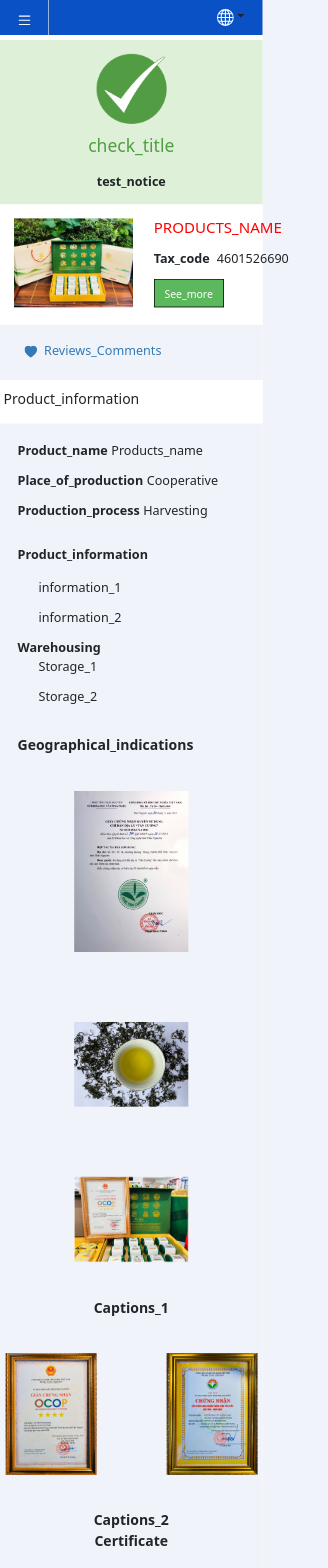
Repository: tuan842001/Tra-son-dung
Page: /
The author's editor kept a copy of each file at every save. The page is drawn from the files as they stood at one save, then again after the next save.
The browser window is 375 px wide. The page is 444 px wide, then 469 px, then 444 px, so the pictures cover 469 px, including what lies to the right of the window. The pictures show the part of the page from y = 0 to 2240 px (the page is 3155 px tall before and 3787 px after), at 70% of full size.
The project was rebuilt for these pictures with package versions that can differ from the ones it lists, and the page was loaded fresh each time.

Above is the page before, as saved 2021-10-10 14:07:54.

After the next save:
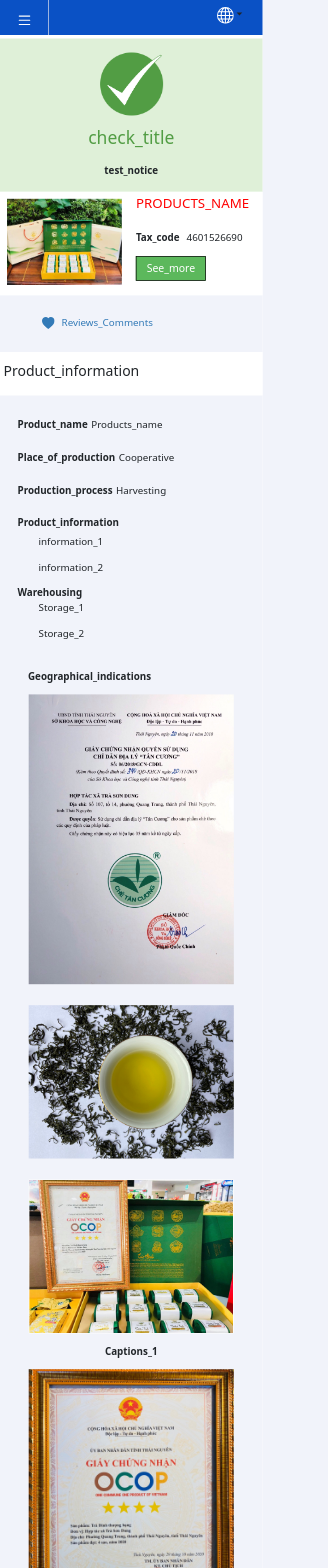
Saved 6 min 8 s later.
--- a/src/App.css
+++ b/src/App.css
@@ -328,3 +328,103 @@
 #rating>input:checked~label:hover,
 #rating>label:hover~input:checked~label,
 #rating>input:checked~label:hover~label{color:#FFED85;}
+
+
+/* Star CSS Mobile */
+
+@media only screen and (max-width:1200px) {
+  /* Your code CSS */
+}
+
+@media only screen and (max-width:996px) {
+
+}
+
+@media only screen and (max-width: 768px) {
+
+}
+
+@media only screen and (max-width: 414px) {
+  #root {
+    width: 100%;
+  }
+  * {
+      font-size:14px;
+  }
+  .modal-content1 {
+    margin: 33px;
+    width: 70%;
+  }
+  .information h4 {
+    font-size: 19px;
+  }
+  .btn-bars {
+      width: 60px;
+  }
+  #language-btn {
+      width: 173px;
+  }
+  .dropdown-menu.show {
+    inset: 0px 15px auto auto;
+  }
+  .language-form-container{
+      width: 200px;
+      right: 3%;
+  }
+  .check img {
+      width: 90px;
+  }
+  .information {
+      margin: 0px 15px;
+  }
+  .logo {
+      margin: 5px;
+      height: 123px;
+  }
+  .information h4{
+      margin: 0px;
+      padding-bottom: 9px;
+  }
+  .information button {
+      width: 100px;
+      height: 35px;
+  }
+  .rate {
+      padding: 5px 25px;
+  }
+  .portlet-body {
+      padding: 5px;
+  }
+  .body-top span{
+      padding: 5px 0px;
+  }
+  .geography img {
+      width: 90%;
+      margin: 15px 0px;
+  }
+
+  .giay-chung-nhan {
+    display: contents;
+  }
+  .geography b {
+      font-size: 14px;
+      padding: 15px;
+  }
+  .body-bottom {
+      padding: 5px;
+  }
+
+  .Contact_Address{
+    line-height: normal;
+    align-items: normal;
+  }
+  .Contact_Address svg {
+    width: 28px;
+    height: 28px;
+  }
+
+}
+
+@media only screen and (max-width: 375px) {
+
+}

After the save that followed:
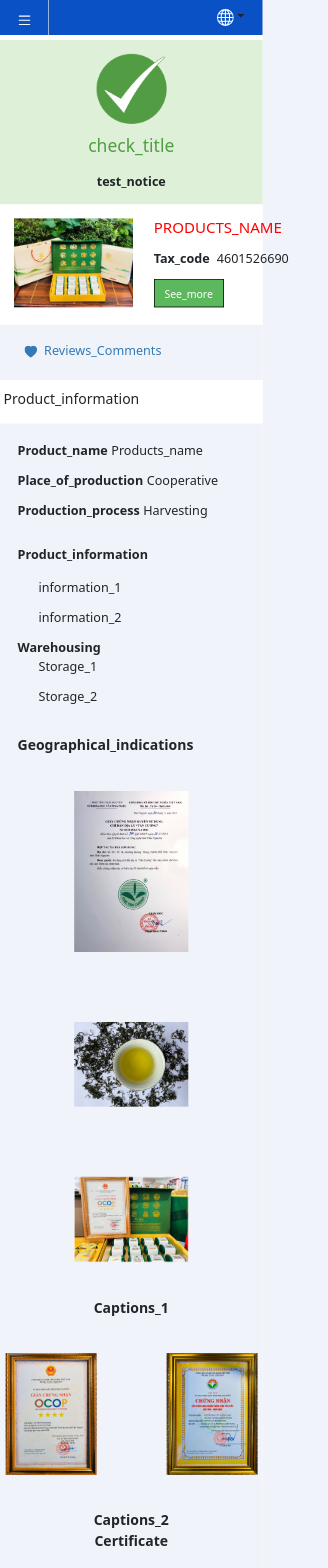
Saved 42 s later.
--- a/src/App.css
+++ b/src/App.css
@@ -328,103 +328,3 @@
 #rating>input:checked~label:hover,
 #rating>label:hover~input:checked~label,
 #rating>input:checked~label:hover~label{color:#FFED85;}
-
-
-/* Star CSS Mobile */
-
-@media only screen and (max-width:1200px) {
-  /* Your code CSS */
-}
-
-@media only screen and (max-width:996px) {
-
-}
-
-@media only screen and (max-width: 768px) {
-
-}
-
-@media only screen and (max-width: 414px) {
-  #root {
-    width: 100%;
-  }
-  * {
-      font-size:14px;
-  }
-  .modal-content1 {
-    margin: 33px;
-    width: 70%;
-  }
-  .information h4 {
-    font-size: 19px;
-  }
-  .btn-bars {
-      width: 60px;
-  }
-  #language-btn {
-      width: 173px;
-  }
-  .dropdown-menu.show {
-    inset: 0px 15px auto auto;
-  }
-  .language-form-container{
-      width: 200px;
-      right: 3%;
-  }
-  .check img {
-      width: 90px;
-  }
-  .information {
-      margin: 0px 15px;
-  }
-  .logo {
-      margin: 5px;
-      height: 123px;
-  }
-  .information h4{
-      margin: 0px;
-      padding-bottom: 9px;
-  }
-  .information button {
-      width: 100px;
-      height: 35px;
-  }
-  .rate {
-      padding: 5px 25px;
-  }
-  .portlet-body {
-      padding: 5px;
-  }
-  .body-top span{
-      padding: 5px 0px;
-  }
-  .geography img {
-      width: 90%;
-      margin: 15px 0px;
-  }
-
-  .giay-chung-nhan {
-    display: contents;
-  }
-  .geography b {
-      font-size: 14px;
-      padding: 15px;
-  }
-  .body-bottom {
-      padding: 5px;
-  }
-
-  .Contact_Address{
-    line-height: normal;
-    align-items: normal;
-  }
-  .Contact_Address svg {
-    width: 28px;
-    height: 28px;
-  }
-
-}
-
-@media only screen and (max-width: 375px) {
-
-}
